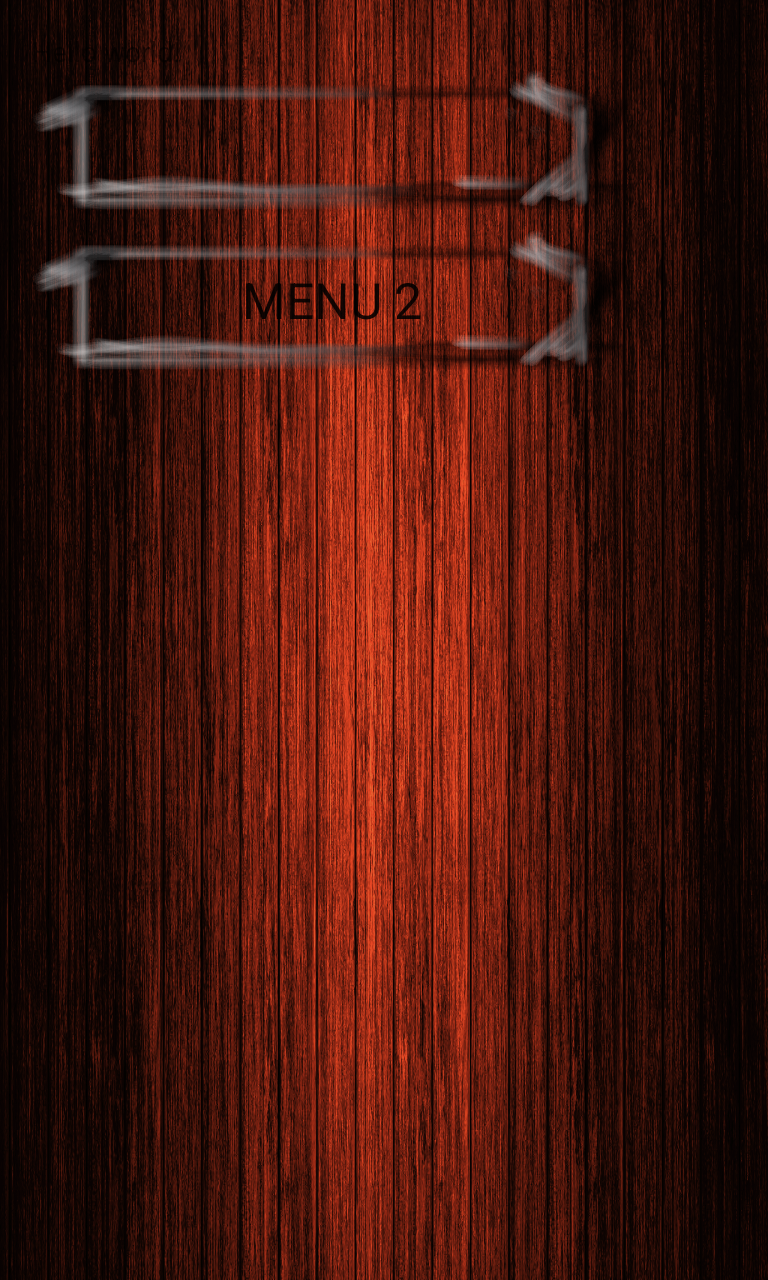
Repository: Hedlundaren/androidmenu
Layout: startmenu/res/layout/activity_main.xml
These files come from the project's save history. The layout is drawn as it stood at one moment and after the next save; the edit follows.
Pictures or frames that could not be fetched are drawn as grey boxes. It is drawn on a 768 x 1280 px phone screen (xhdpi) without system bars, with theme AppTheme; the app's code is not run.

Above is the layout before, as saved 2014-11-05 19:53:53.

After the next save:
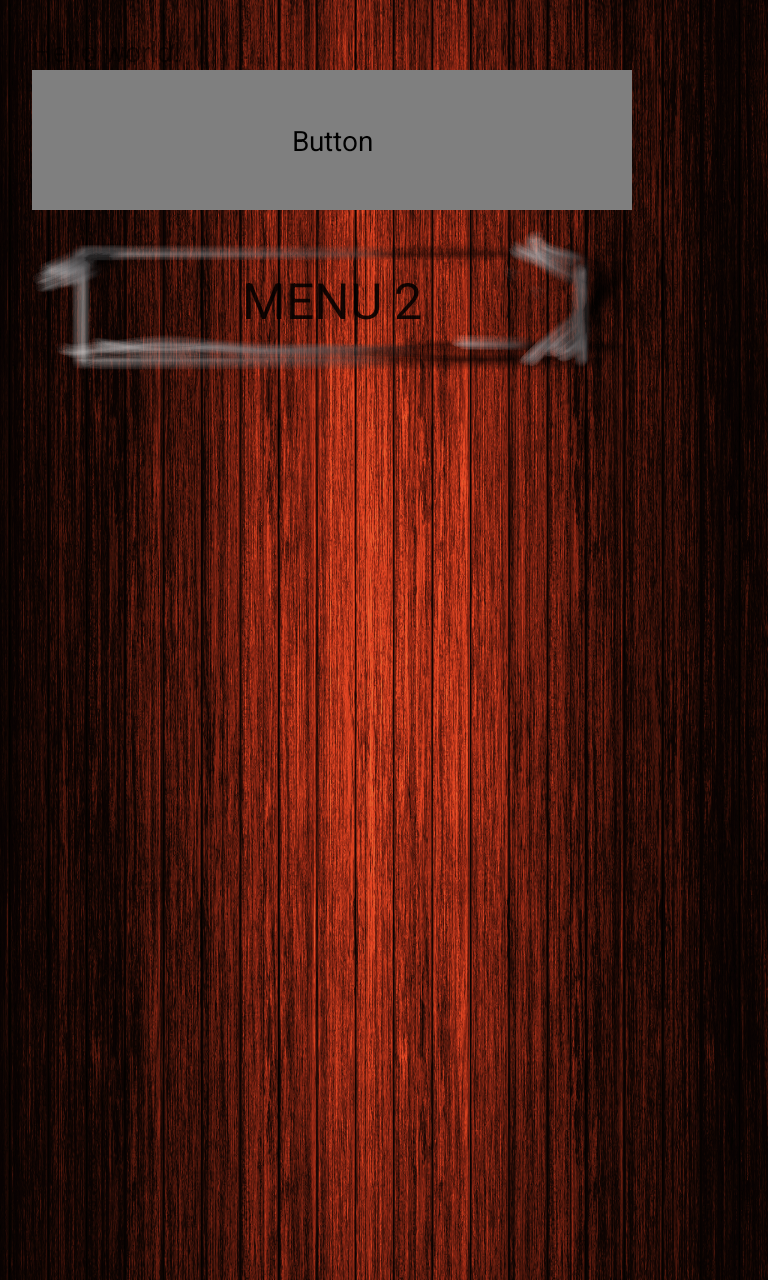
Saved 17 s later.
--- a/startmenu/res/layout/activity_main.xml
+++ b/startmenu/res/layout/activity_main.xml
@@ -24,7 +24,7 @@
         android:background="@drawable/button"
         android:text="MENU 1"
         android:textSize="25dp"
-        android:textColor="#1111"
+        android:textColor=""
         android:typeface="sans" />
 
     <Button

After the save that followed:
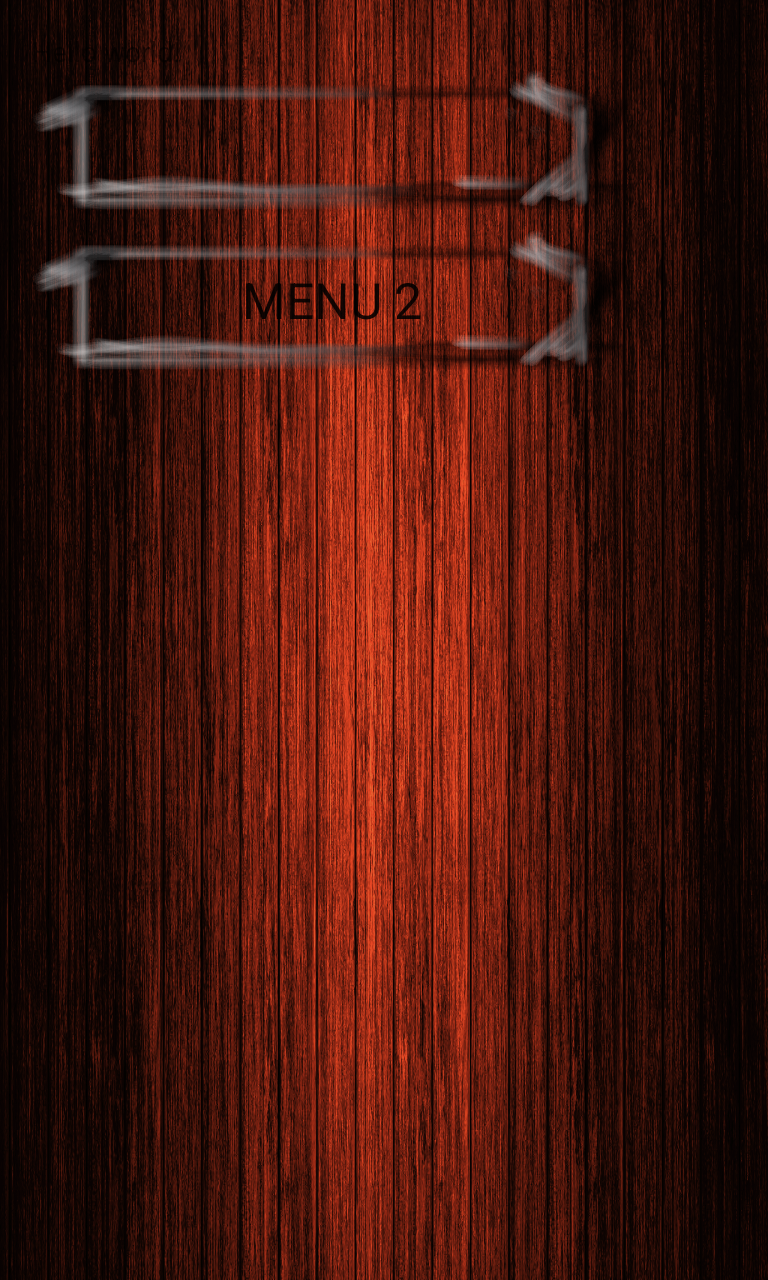
Saved 4 s later.
--- a/startmenu/res/layout/activity_main.xml
+++ b/startmenu/res/layout/activity_main.xml
@@ -24,7 +24,7 @@
         android:background="@drawable/button"
         android:text="MENU 1"
         android:textSize="25dp"
-        android:textColor=""
+        android:textColor="#1111"
         android:typeface="sans" />
 
     <Button
